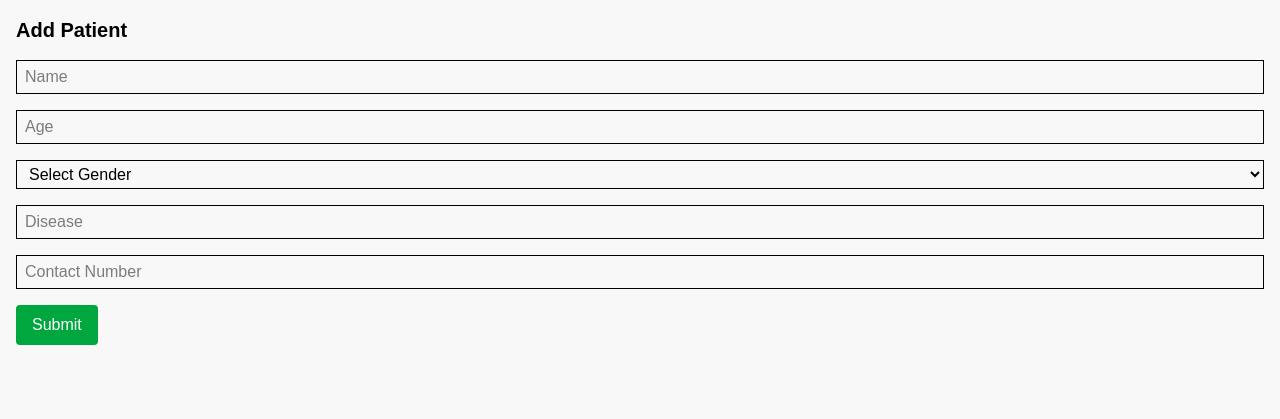
Repository: DangerCR7/patient-crud-app
Page: /patient-form (app in patient-crud-ui/)
The author's editor kept a copy of each file at every save. The page is drawn from the files as they stood at one save, then again after the next save.
The browser window is 1280 px wide. The pictures show the whole page.
The project was rebuilt for these pictures with package versions that can differ from the ones it lists, and the page was loaded fresh each time. The framework's server and built-in components were replaced by stand-ins that run in the browser. Also part of the build but not shown: patient-crud-ui/next.config.mjs.

Above is the page before, as saved 2025-07-14 20:30:50.

### patient-crud-ui/src/app/patient-form/page.js
'use client';

import { useSearchParams, useRouter } from 'next/navigation';
import React, { useEffect, useState } from 'react';

export default function PatientForm() {
  const [form, setForm] = useState({
    name: '',
    age: '',
    gender: '',
    disease: '',
    contact: ''
  });
  const [editingId, setEditingId] = useState(null);

  const searchParams = useSearchParams();
  const router = useRouter();

  useEffect(() => {
    const id = searchParams.get('id');
    if (id) {
      setEditingId(id);
      fetch(`http://localhost:8080/api/patients/${id}`)
        .then((res) => res.json())
        .then((data) => setForm(data));
    }
  }, []);

  const handleChange = (e) => {
    setForm({ ...form, [e.target.name]: e.target.value });
  };

  const handleSubmit = async (e) => {
    e.preventDefault();
    try {
      const method = editingId ? 'PUT' : 'POST';
      const url = editingId
        ? `http://localhost:8080/api/patients/${editingId}`
        : 'http://localhost:8080/api/patients';

      const res = await fetch(url, {
        method,
        headers: { 'Content-Type': 'application/json' },
        body: JSON.stringify(form)
      });

      if (!res.ok) throw new Error('Failed to save patient');
      alert(`Patient ${editingId ? 'updated' : 'added'} successfully!`);
      router.push('/patients');
    } catch (error) {
      console.error(error);
      alert('Error saving patient');
    }
  };

  return (
    <div className="container mx-auto p-4">
      <h1 className="text-xl font-semibold mb-4">
        {editingId ? 'Edit Patient' : 'Add Patient'}
      </h1>
      <form onSubmit={handleSubmit} className="space-y-4 text-black">
        <input type="text" name="name" placeholder="Name" value={form.name} onChange={handleChange} className="border px-2 py-1 w-full" required />
        <input type="number" name="age" placeholder="Age" value={form.age} onChange={handleChange} className="border px-2 py-1 w-full" required />
        <select name="gender" value={form.gender} onChange={handleChange} className="border px-2 py-1 w-full" required>
          <option value="">Select Gender</option>
          <option value="male">Male</option>
          <option value="female">Female</option>
        </select>
        <input type="text" name="disease" placeholder="Disease" value={form.disease} onChange={handleChange} className="border px-2 py-1 w-full" />
        <input type="text" name="contact" placeholder="Contact Number" value={form.contact} onChange={handleChange} className="border px-2 py-1 w-full" />
        <button type="submit" className="bg-green-600 text-white px-4 py-2 rounded">
          {editingId ? 'Update' : 'Submit'}
        </button>
      </form>
    </div>
  );
}

### patient-crud-ui/src/app/globals.css
@import "tailwindcss";

:root {
  --background: #ffffff;
  --foreground: #171717;
}

@theme inline {
  --color-background: var(--background);
  --color-foreground: var(--foreground);
  --font-sans: var(--font-geist-sans);
  --font-mono: var(--font-geist-mono);
}

@media (prefers-color-scheme: dark) {
  :root {
    --background: #0a0a0a;
    --foreground: #ededed;
  }
}

body {
  background-color: #f8f8f8;
  color: #000000;
  font-family: sans-serif;
}

Loaded but not shown: patient-crud-ui/src/app/layout.js (common file)

After the next save:
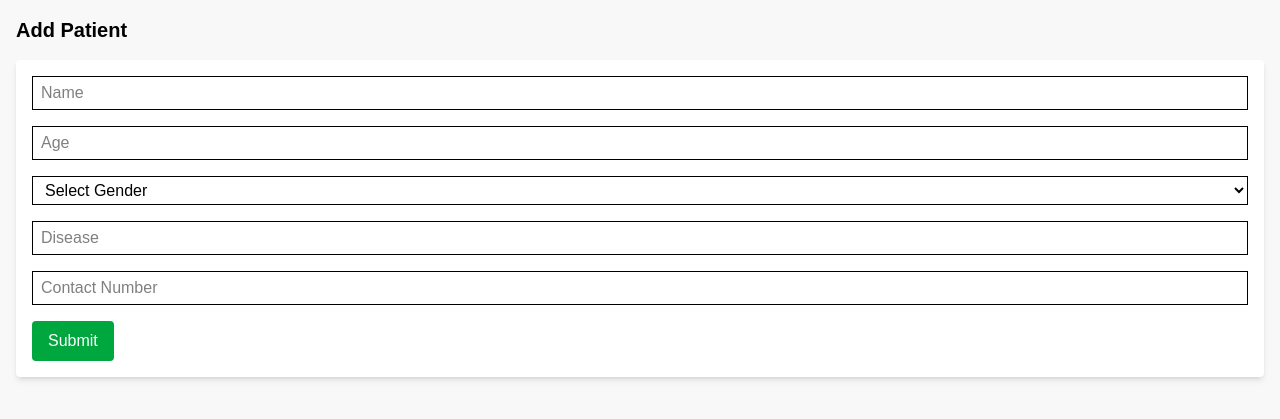
Saved 56 s later.
--- a/patient-crud-ui/src/app/patient-form/page.js
+++ b/patient-crud-ui/src/app/patient-form/page.js
@@ -1,28 +1,26 @@
 'use client';
 
-import { useSearchParams, useRouter } from 'next/navigation';
 import React, { useEffect, useState } from 'react';
+import { useRouter } from 'next/navigation';
 
 export default function PatientForm() {
   const [form, setForm] = useState({
+    id: null,
     name: '',
     age: '',
     gender: '',
     disease: '',
     contact: ''
   });
-  const [editingId, setEditingId] = useState(null);
 
-  const searchParams = useSearchParams();
   const router = useRouter();
 
+  // Preload data from localStorage (for editing)
   useEffect(() => {
-    const id = searchParams.get('id');
-    if (id) {
-      setEditingId(id);
-      fetch(`http://localhost:8080/api/patients/${id}`)
-        .then((res) => res.json())
-        .then((data) => setForm(data));
+    const storedPatient = localStorage.getItem('editPatient');
+    if (storedPatient) {
+      setForm(JSON.parse(storedPatient));
+      localStorage.removeItem('editPatient'); // Clear after loading
     }
   }, []);
 
@@ -32,44 +30,83 @@ export default function PatientForm() {
 
   const handleSubmit = async (e) => {
     e.preventDefault();
+
     try {
-      const method = editingId ? 'PUT' : 'POST';
-      const url = editingId
-        ? `http://localhost:8080/api/patients/${editingId}`
+      const method = form.id ? 'PUT' : 'POST';
+      const url = form.id
+        ? `http://localhost:8080/api/patients/${form.id}`
         : 'http://localhost:8080/api/patients';
 
       const res = await fetch(url, {
-        method,
-        headers: { 'Content-Type': 'application/json' },
+        method: method,
+        headers: {
+          'Content-Type': 'application/json'
+        },
         body: JSON.stringify(form)
       });
 
-      if (!res.ok) throw new Error('Failed to save patient');
-      alert(`Patient ${editingId ? 'updated' : 'added'} successfully!`);
-      router.push('/patients');
+      if (!res.ok) throw new Error('Failed to submit patient data');
+      alert(`Patient ${form.id ? 'updated' : 'added'} successfully!`);
+      router.push('/patients'); // Redirect to patient list
     } catch (error) {
       console.error(error);
-      alert('Error saving patient');
+      alert('Error submitting patient');
     }
   };
 
   return (
-    <div className="container mx-auto p-4">
+    <div className="container mx-auto p-4 text-black">
       <h1 className="text-xl font-semibold mb-4">
-        {editingId ? 'Edit Patient' : 'Add Patient'}
+        {form.id ? 'Edit Patient' : 'Add Patient'}
       </h1>
-      <form onSubmit={handleSubmit} className="space-y-4 text-black">
-        <input type="text" name="name" placeholder="Name" value={form.name} onChange={handleChange} className="border px-2 py-1 w-full" required />
-        <input type="number" name="age" placeholder="Age" value={form.age} onChange={handleChange} className="border px-2 py-1 w-full" required />
-        <select name="gender" value={form.gender} onChange={handleChange} className="border px-2 py-1 w-full" required>
+      <form onSubmit={handleSubmit} className="space-y-4 bg-white p-4 rounded shadow-md">
+        <input
+          type="text"
+          name="name"
+          placeholder="Name"
+          value={form.name}
+          onChange={handleChange}
+          className="border px-2 py-1 w-full"
+          required
+        />
+        <input
+          type="number"
+          name="age"
+          placeholder="Age"
+          value={form.age}
+          onChange={handleChange}
+          className="border px-2 py-1 w-full"
+          required
+        />
+        <select
+          name="gender"
+          value={form.gender}
+          onChange={handleChange}
+          className="border px-2 py-1 w-full"
+          required
+        >
           <option value="">Select Gender</option>
           <option value="male">Male</option>
           <option value="female">Female</option>
         </select>
-        <input type="text" name="disease" placeholder="Disease" value={form.disease} onChange={handleChange} className="border px-2 py-1 w-full" />
-        <input type="text" name="contact" placeholder="Contact Number" value={form.contact} onChange={handleChange} className="border px-2 py-1 w-full" />
+        <input
+          type="text"
+          name="disease"
+          placeholder="Disease"
+          value={form.disease}
+          onChange={handleChange}
+          className="border px-2 py-1 w-full"
+        />
+        <input
+          type="text"
+          name="contact"
+          placeholder="Contact Number"
+          value={form.contact}
+          onChange={handleChange}
+          className="border px-2 py-1 w-full"
+        />
         <button type="submit" className="bg-green-600 text-white px-4 py-2 rounded">
-          {editingId ? 'Update' : 'Submit'}
+          {form.id ? 'Update' : 'Submit'}
         </button>
       </form>
     </div>
